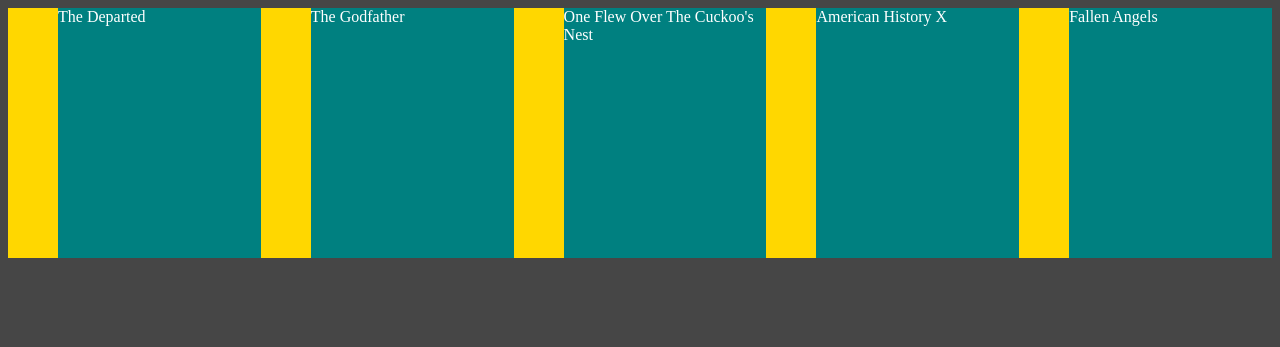
Repository: nishit47/merofilmrecs
Page: web_dev/tiles.html
An editor plug-in stored every save of this project. The page is shown before and after a run of saves, followed by the edit.
The browser window is 1280 px wide. The pictures show the whole page.

Above is the page before, as saved 2021-10-06 15:06:33.

After the next 2 saves:
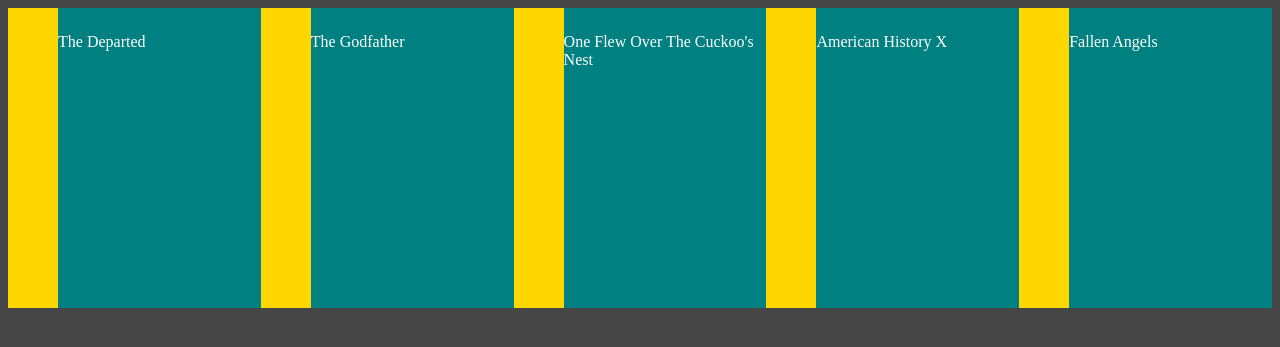
The 2 saves are shown as one change because they came seconds apart.
The last was saved 10 s later.
--- a/web_dev/tiles.html
+++ b/web_dev/tiles.html
@@ -18,7 +18,7 @@
         height: 250px;
         background-color: teal;
         margin-left: 50px;
-        padd
+        padding: 25px 0;
     }
 </style>
 <body>
